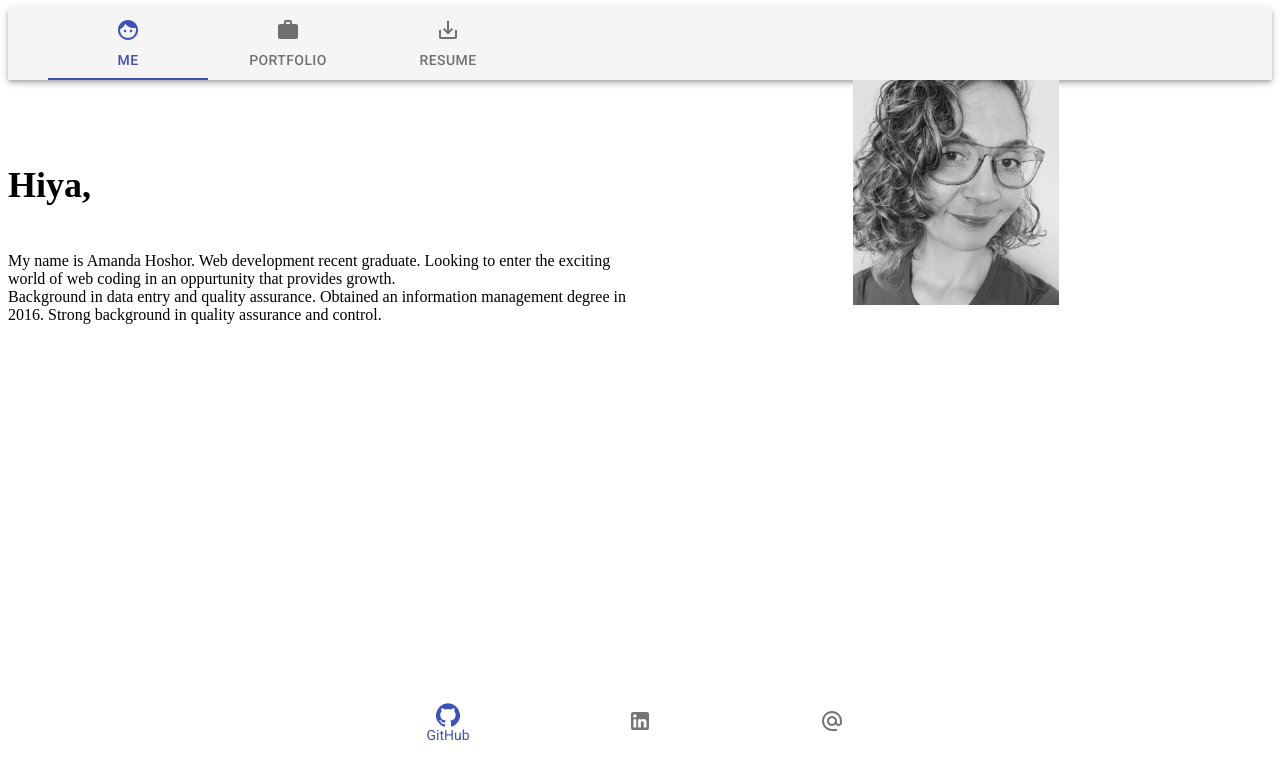
Repository: mandahos/hoshor
Page: /
The author's editor kept a copy of each file at every save. The page is drawn from the files as they stood at one save, then again after the next save.
The browser window is 1280 px wide. The pictures show the whole page.
The project was rebuilt for these pictures with package versions that can differ from the ones it lists, and the page was loaded fresh each time. Also part of the build but not shown: src/components/Portfolio/index.js, src/components/Resume/index.js. Imported but missing from the stored project, and not drawn on this page: src/assets/resume/Amanda_Hoshor_Resume.PDF, src/assets/resume/Resume_Hoshor (1).pdf.

Above is the page before, as saved 2021-08-22 08:24:57.

After the next save:
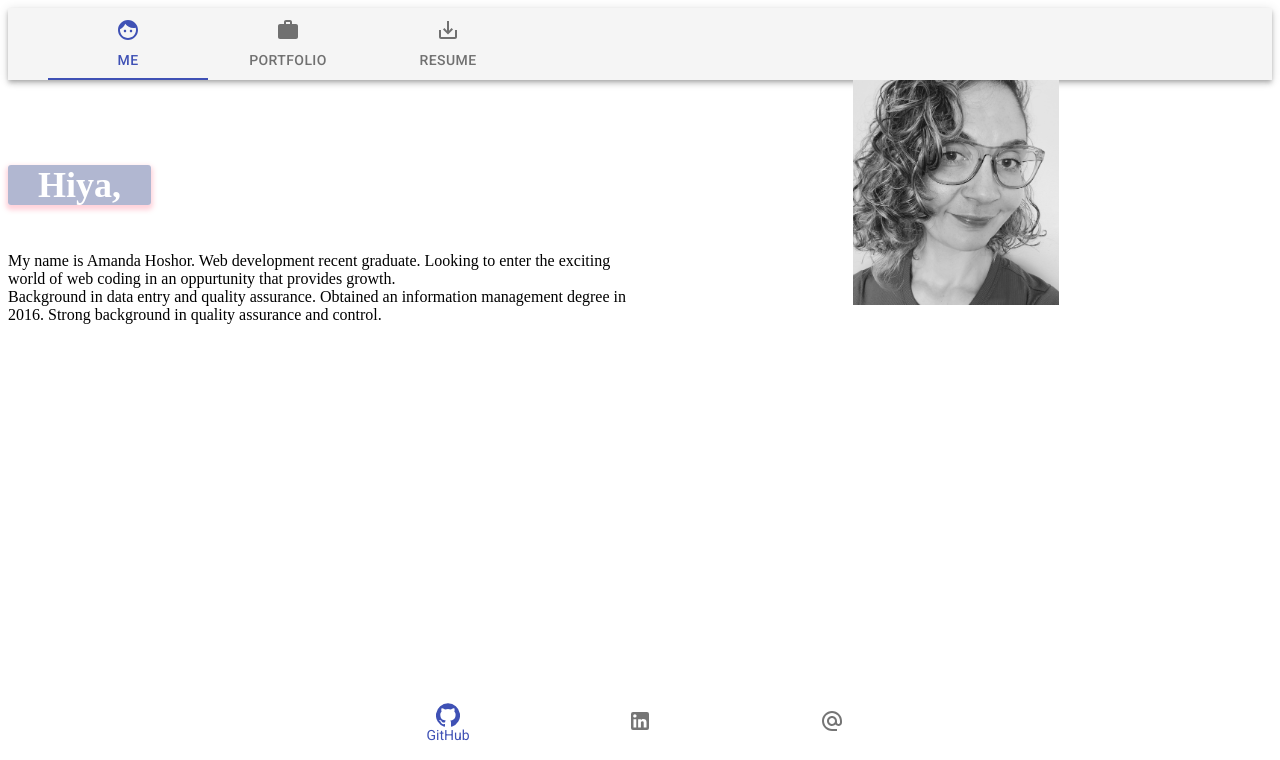
Saved 12 s later.
--- a/src/components/Me/index.js
+++ b/src/components/Me/index.js
@@ -60,7 +60,7 @@
 
 
               }}
-              className={classes.root}>
+              className={classes.header}>
               Hiya,
             </Text>
             <br />
